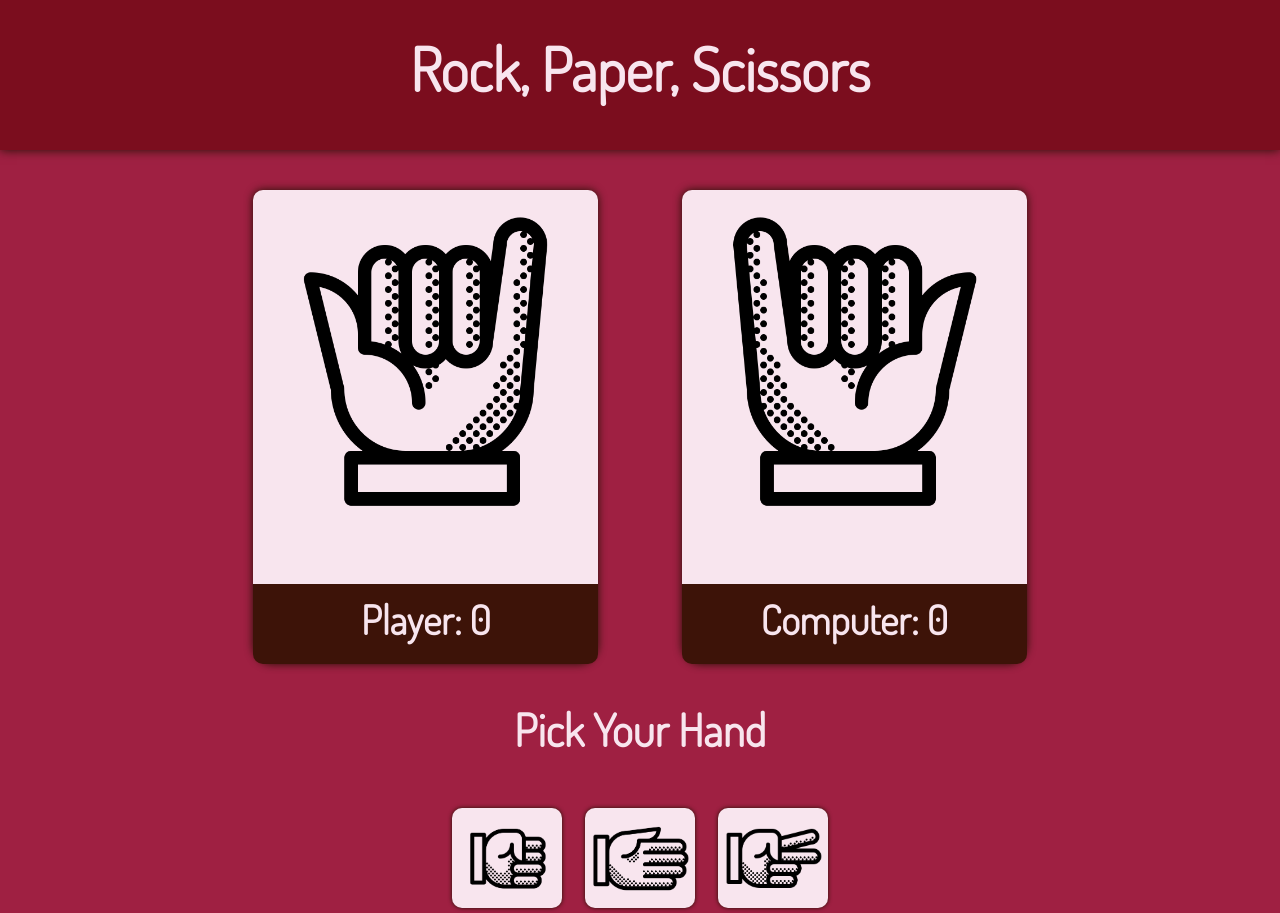
Repository: shayanabedi98/rock-paper-scissors
Page: index.html
The author's editor kept a copy of each file at every save. The page is drawn from the files as they stood at one save, then again after the next save.
The browser window is 1280 px wide. The pictures show the whole page.

Above is the page before, as saved 2023-07-14 00:53:19.

After the next save:
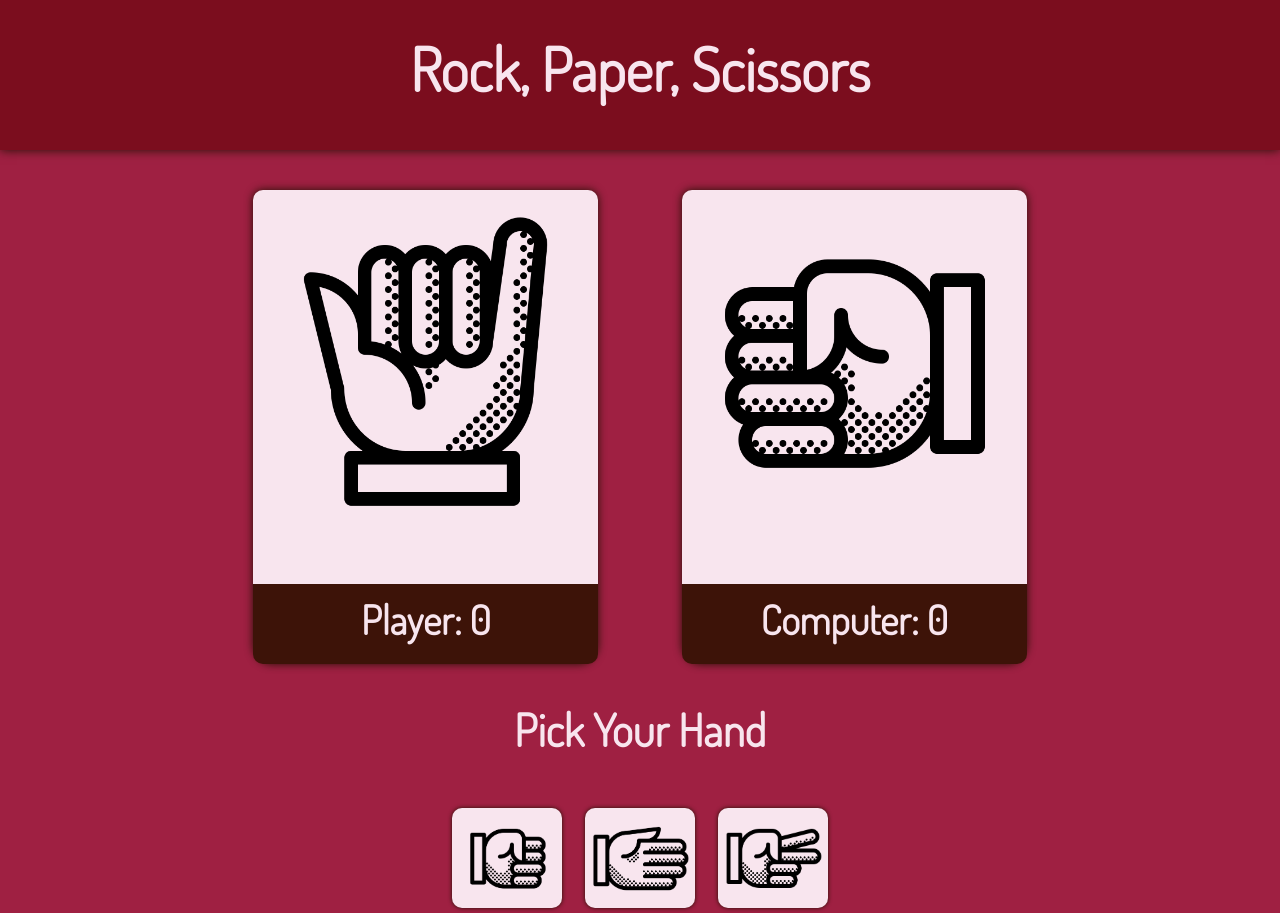
Saved 93 s later.
--- a/index.js
+++ b/index.js
@@ -25,12 +25,17 @@
 for (let i = 0; i < btn.length; i ++){
     btn[i].addEventListener('click', function() {
         rng();
-        if (rng() === 1) {
-            computer.src = 'resources/rock.png';
-        } else if (rng() === 2) {
-            computer.src = 'resources/paper.png';
-        } else if (rng() === 3) {
-            computer.src = 'resources/scissors.png';
-        }
     });
 }
+
+if (rng() === 1) {
+    computer.src = 'resources/rock.png';
+} else if (rng() === 2) {
+    computer.src = 'resources/paper.png';
+} else if (rng() === 3) {
+    computer.src = 'resources/scissors.png';
+}
+
+if (player.src === 'resources/rockleft.png' && computer.src === 'resources/rock.png') {
+    document.querySelector('h1').innerHTML = 'Tie'
+}

After the save that followed:
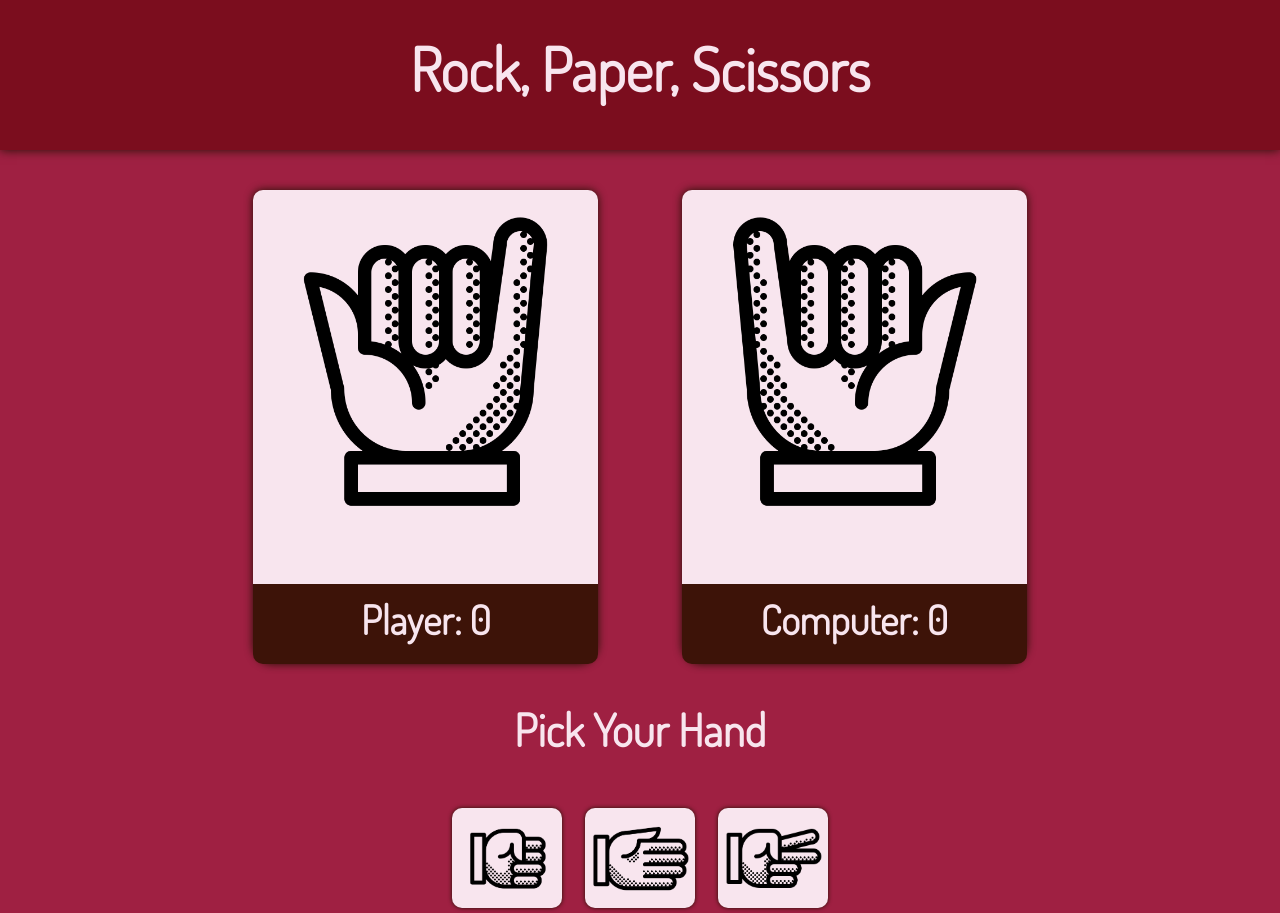
Saved 48 s later.
--- a/index.js
+++ b/index.js
@@ -25,17 +25,16 @@
 for (let i = 0; i < btn.length; i ++){
     btn[i].addEventListener('click', function() {
         rng();
+        if (rng() === 1) {
+            computer.src = 'resources/rock.png';
+        } else if (rng() === 2) {
+            computer.src = 'resources/paper.png';
+        } else if (rng() === 3) {
+            computer.src = 'resources/scissors.png';
+        }
     });
 }
 
-if (rng() === 1) {
-    computer.src = 'resources/rock.png';
-} else if (rng() === 2) {
-    computer.src = 'resources/paper.png';
-} else if (rng() === 3) {
-    computer.src = 'resources/scissors.png';
-}
-
-if (player.src === 'resources/rockleft.png' && computer.src === 'resources/rock.png') {
+if (player.src === 'resources/rockleft.png' && rng === 1) {
     document.querySelector('h1').innerHTML = 'Tie'
 }
